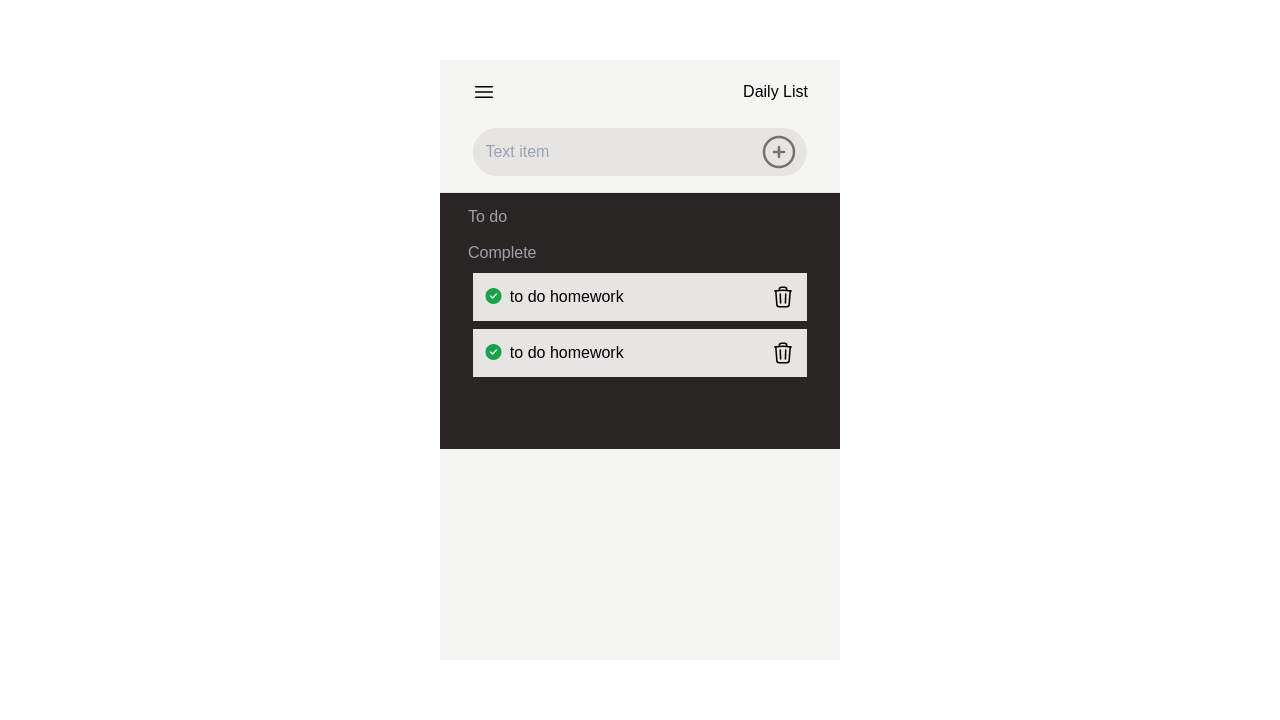
Repository: hsumyatm7308/TodolistbyPHP
Page: http://localhost/
These files come from the project's save history. The page is drawn as it stood at one moment and after the next save; the edit follows.
The browser window is 1280 px wide. The pictures show the whole page.
Some web libraries are served in a nearby version. The page is run by PHP 8.4 with error messages shown; the project is at /var/www/html/. Queries for data that is not in the repository find no rows.

Above is the page before, as saved 2023-07-09 22:29:47.

### index.php
<!DOCTYPE html>
<html lang="en">

<head>
    <meta charset="UTF-8">
    <meta name="viewport" content="width=device-width, initial-scale=1.0">
    <title>To Do List</title>
    <link rel="stylesheet" href="https://cdnjs.cloudflare.com/ajax/libs/font-awesome/6.4.0/css/all.min.css">
    <script src="https://cdn.tailwindcss.com"></script>

    <style>
        * {
            font-family: sans-serif;
        }
    </style>

</head>

<body>
    <div class="w-screen h-screen container flex justify-center items-center">
        <div class="w-[400px] h-[600px] bg-stone-100">
            <!-- header nav  -->
            <div class="w-full h-14 flex justify-between items-center p-8">
                <div>
                    <svg xmlns="http://www.w3.org/2000/svg" fill="none" viewBox="0 0 24 24" stroke-width="1.5"
                        stroke="currentColor" class="w-6 h-6">
                        <path stroke-linecap="round" stroke-linejoin="round"
                            d="M3.75 6.75h16.5M3.75 12h16.5m-16.5 5.25h16.5" />
                    </svg>

                </div>
                <div>
                    <h4> Daily List</h4>
                </div>
            </div>

            <?php

            include("create.php");

            ?>

            <div class="w-full h-64 bg-stone-800 overflow-y-scroll">

                <?php

                include("updatetodo.php");
                include("complete.php");

                ?>
            </div>







        </div>
    </div>
</body>

</html>

### create.php
<?php
session_start();
ini_set('display_errors', 1);

require_once("database.php");

if ($_SERVER['REQUEST_METHOD'] === 'POST') {
    global $conn;

    $getdata = $_POST['textbox'];


    try {
        $stmt = $conn->prepare("INSERT INTO todolist (task) VALUES ( :task)");


        $task = $getdata;


        $stmt->bindParam(':task', $task);

        $stmt->execute();
    } catch (Exception $e) {
        echo "Error Found: " . $e->getMessage();
    }
}


?>





<!-- to do form  -->
<form action="" method="post" enctype="multipart/form-data">


    <div class="w-full h-auto flex justify-center items-center p-1">
        <div class="w-[85%] h-auto bg-stone-200 flex justify-between items-center rounded-3xl">
            <input type="text" name="textbox"
                class="w-[85%] bg-stone-200 rounded-tl-3xl rounded-bl-3xl p-3 focus:outline-none"
                placeholder="Text item">

            <button type="submit" name="submit" class="">
                <svg xmlns="http://www.w3.org/2000/svg" fill="none" viewBox="0 0 24 24" stroke-width="1.5"
                    stroke="currentColor" class="w-10 h-10 mr-2 text-stone-500 hover:text-stone-600">
                    <path stroke-linecap="round" stroke-linejoin="round"
                        d="M12 9v6m3-3H9m12 0a9 9 0 11-18 0 9 9 0 0118 0z" />
                </svg>
            </button>
        </div>

    </div>
    <hr class="mt-3">
</form>

### database.php
<?php

$dbhost = 'localhost';
$dbuser = 'root';
$dbpass = '';
$dbname = 'hmmdb';


try{

    $conn = new PDO("mysql:host=$dbhost;dbname=$dbname", $dbuser, $dbpass);
    $conn->setAttribute(PDO::ATTR_ERRMODE, PDO::ERRMODE_EXCEPTION);

    // echo "Connection successful";


}catch(Exception $e){
    "Error Found:".$e->getMessage();
}




?>

### updatetodo.php
<?php

// session_start();
ini_set('display_errors', 1);

require_once("database.php");
require_once("create.php");

try {

    global $conn;

    $stmt = $conn->prepare("SELECT id,task FROM todolist");
    $stmt->execute();



} catch (Exception $e) {
    "Found Error : " . $e->getMessage();
}

?>








<!-- update to do  -->
<form action="" method="post" class="mt-3" enctype="multipart/form-data">
    <h3 class="text-gray-400 ml-7 mb-1">To do</h3>


    <?php while ($row = $stmt->fetch()): ?>

        <div name="taskitems" class="w-full h-auto flex justify-center items-center p-1">


            <div class="w-[85%] h-auto bg-stone-200 flex justify-between items-center p-3">
                <span>
                    <i class="fa-regular fa-circle-check"></i>
                    <span class="ml-1">
                        <?php echo $row['task'] ?>
                    </span>
                </span>

                <div>
                    <svg xmlns="http://www.w3.org/2000/svg" fill="none" viewBox="0 0 24 24" stroke-width="1.5"
                        stroke="currentColor" class="w-6 h-6">
                        <path stroke-linecap="round" stroke-linejoin="round"
                            d="M16.862 4.487l1.687-1.688a1.875 1.875 0 112.652 2.652L10.582 16.07a4.5 4.5 0 01-1.897 1.13L6 18l.8-2.685a4.5 4.5 0 011.13-1.897l8.932-8.931zm0 0L19.5 7.125M18 14v4.75A2.25 2.25 0 0115.75 21H5.25A2.25 2.25 0 013 18.75V8.25A2.25 2.25 0 015.25 6H10" />
                    </svg>
                </div>
            </div>



        </div>

    <?php endwhile; ?>







</form>

### complete.php
      <!-- complete work -->
      <form action="" method="post" class="mt-3" enctype="multipart/form-data">
                <h3 class="text-gray-400 ml-7 mb-1">Complete</h3>

                <div class="w-full h-auto flex justify-center items-center p-1">


                    <div class="w-[85%] h-auto bg-stone-200 flex justify-between items-center p-3">

                        <span>
                            <i class="fa-solid fa-circle-check text-green-600"></i>
                            <span class="ml-1">to do homework</span>
                        </span>

                        <div>
                            <svg xmlns="http://www.w3.org/2000/svg" fill="none" viewBox="0 0 24 24" stroke-width="1.5"
                                stroke="currentColor" class="w-6 h-6">
                                <path stroke-linecap="round" stroke-linejoin="round"
                                    d="M14.74 9l-.346 9m-4.788 0L9.26 9m9.968-3.21c.342.052.682.107 1.022.166m-1.022-.165L18.16 19.673a2.25 2.25 0 01-2.244 2.077H8.084a2.25 2.25 0 01-2.244-2.077L4.772 5.79m14.456 0a48.108 48.108 0 00-3.478-.397m-12 .562c.34-.059.68-.114 1.022-.165m0 0a48.11 48.11 0 013.478-.397m7.5 0v-.916c0-1.18-.91-2.164-2.09-2.201a51.964 51.964 0 00-3.32 0c-1.18.037-2.09 1.022-2.09 2.201v.916m7.5 0a48.667 48.667 0 00-7.5 0" />
                            </svg>

                        </div>

                    </div>



                </div>

                <div class="w-full h-auto flex justify-center items-center p-1">

                    <div class="w-[85%] h-auto bg-stone-200 flex justify-between items-center p-3">

                        <span>
                            <i class="fa-solid fa-circle-check text-green-600"></i>
                            <span class="ml-1">to do homework</span>
                        </span>

                        <div>
                            <svg xmlns="http://www.w3.org/2000/svg" fill="none" viewBox="0 0 24 24" stroke-width="1.5"
                                stroke="currentColor" class="w-6 h-6">
                                <path stroke-linecap="round" stroke-linejoin="round"
                                    d="M14.74 9l-.346 9m-4.788 0L9.26 9m9.968-3.21c.342.052.682.107 1.022.166m-1.022-.165L18.16 19.673a2.25 2.25 0 01-2.244 2.077H8.084a2.25 2.25 0 01-2.244-2.077L4.772 5.79m14.456 0a48.108 48.108 0 00-3.478-.397m-12 .562c.34-.059.68-.114 1.022-.165m0 0a48.11 48.11 0 013.478-.397m7.5 0v-.916c0-1.18-.91-2.164-2.09-2.201a51.964 51.964 0 00-3.32 0c-1.18.037-2.09 1.022-2.09 2.201v.916m7.5 0a48.667 48.667 0 00-7.5 0" />
                            </svg>


                        </div>

                    </div>



                </div>
            </form>

After the next save:
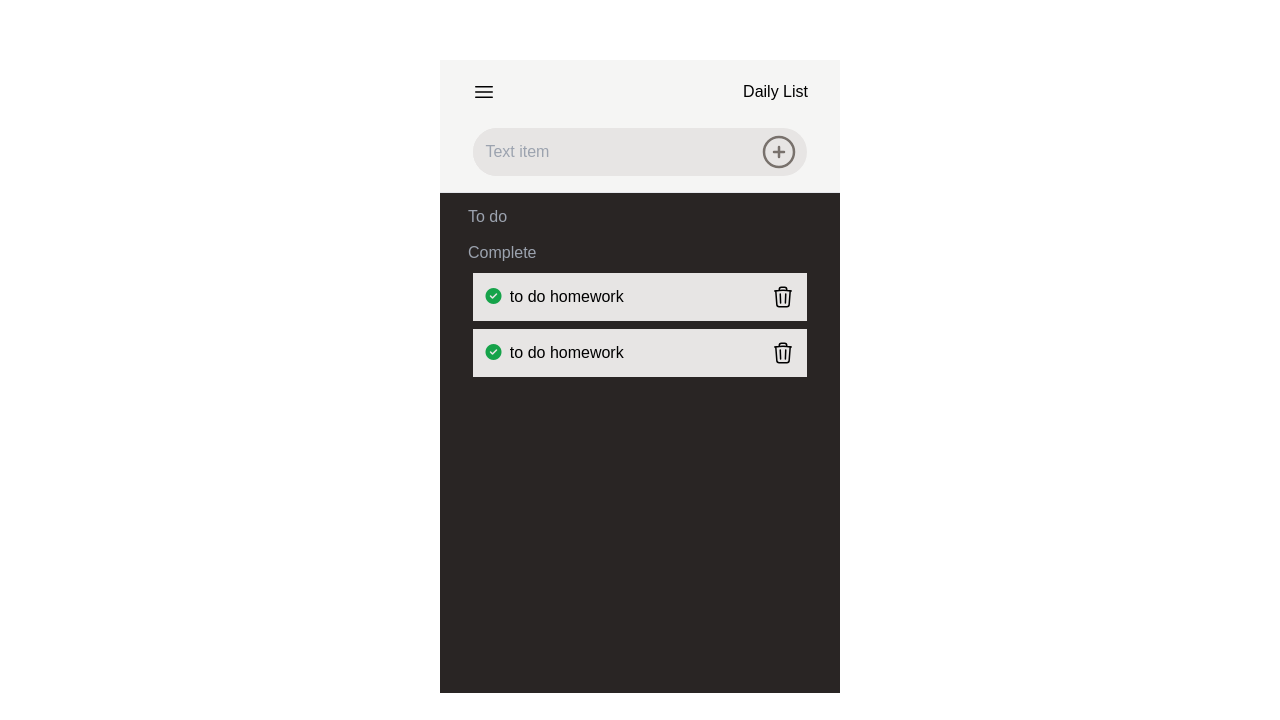
Saved 17 s later.
--- a/index.php
+++ b/index.php
@@ -40,7 +40,7 @@
 
             ?>
 
-            <div class="w-full h-64 bg-stone-800 overflow-y-scroll">
+            <div class="w-full h-[500px] bg-stone-800 overflow-y-scroll">
 
                 <?php
 
